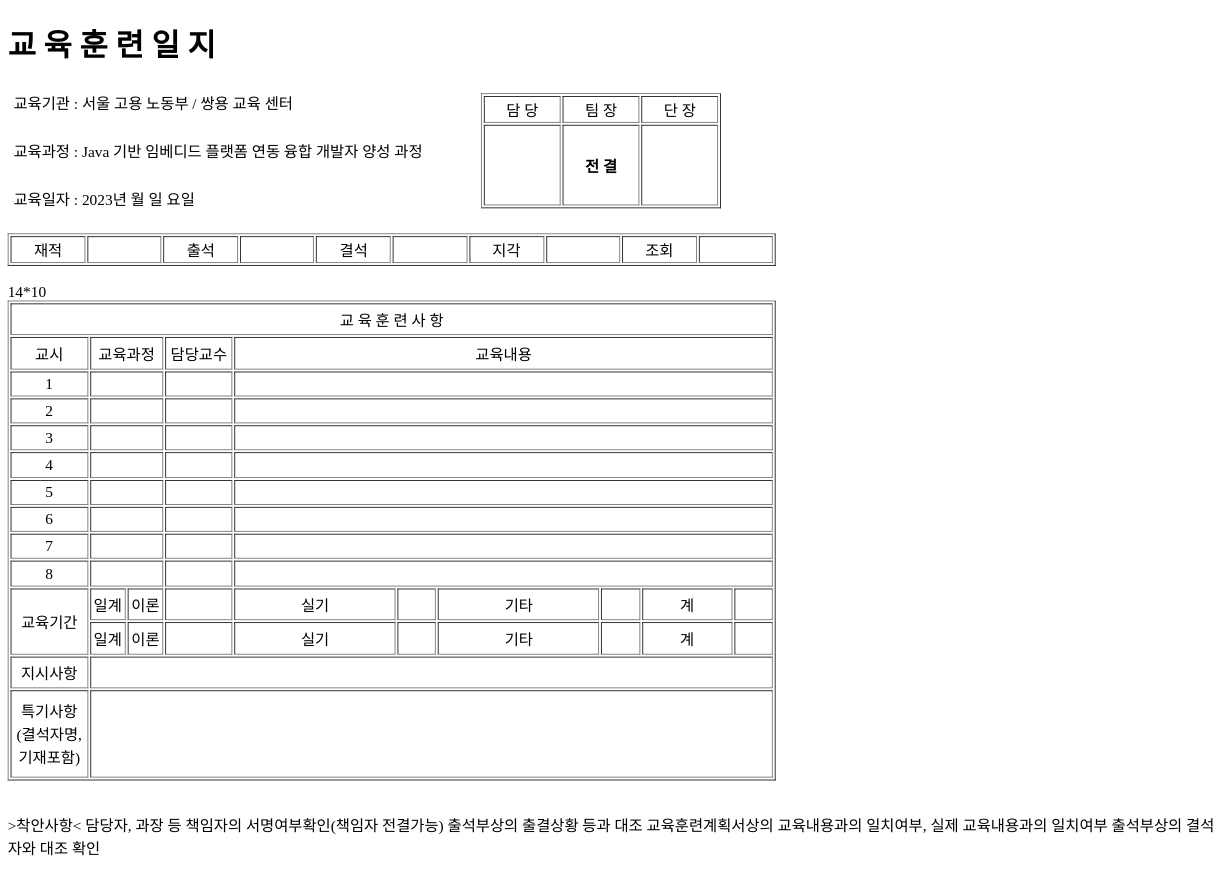
Repository: heoSuKyeong/client_Ssanyong
Page: ClientTest/src/main/webapp/html/q012.html
These files come from the project's save history. The page is drawn as it stood at one moment and after the next save; the edit follows.
The browser window is 1280 px wide. The pictures show the whole page, at 96% of full size.

Above is the page before, as saved 2023-09-21 03:37:06.

### ClientTest/src/main/webapp/html/q012.html
<!DOCTYPE html>
<html>
<head>
<meta charset="UTF-8">
<title>q012</title>
</head>
<body>

	<h1>교 육 훈 련 일 지</h1>

	<table>
		<tr>
			<td>
				<table>
					<tr>
						<td>교육기관 : 서울 고용 노동부 / 쌍용 교육 센터</td>
					</tr>
					<tr>
						<td>&nbsp;</td>
					</tr>
					<tr>
						<td>교육과정 : Java 기반 임베디드 플랫폼 연동 융합 개발자 양성 과정</td>
					</tr>
					<tr>
						<td>&nbsp;</td>
					</tr>
					<tr>
						<td>교육일자 : 2023년       월       일      요일</td>
					</tr>

				</table>
			</td>
			<td width="50">&nbsp;</td>
			<td>
				<table border="1" width="250" >
					<tr>
						<td align="center">담 당</td>
						<td align="center">팀 장</td>
						<td align="center">단 장</td>
					</tr>
					<tr>
						<td height ="80">&nbsp;</td>
						<td align="center"><b>전 결</b></td>
						<td >&nbsp;</td>
					</tr>
				</table>
			</td>
		</tr>
	</table>

	<br>

	<table border="1" width="800">
		<tr>
			<td align="center" width="80">재적</td>
			<td align="center" width="80">&nbsp;</td>
			<td align="center" width="80">출석</td>
			<td align="center" width="80">&nbsp;</td>
			<td align="center" width="80">결석</td>
			<td align="center" width="80">&nbsp;</td>
			<td align="center" width="80">지각</td>
			<td align="center" width="80">&nbsp;</td>
			<td align="center" width="80">조회</td>
			<td align="center" width="80">&nbsp;</td>

		</tr>
	</table>

	<br>
	14*10
	<table border="1" width="800" height ="500">
		<tr>
			<td align="center" colspan="10">교 육 훈 련 사 항</td>
		</tr>
		<tr>
			<td align="center">교시</td>
			<td align="center" colspan="2">교육과정</td>
			<td align="center">담당교수</td>
			<td align="center" colspan="6" width="500">교육내용</td>
		</tr>
		<tr>
			<td align="center">1</td>
			<td align="center" colspan="2">&nbsp;</td>
			<td align="center">&nbsp;</td>
			<td align="center" colspan="6">&nbsp;</td>
		</tr>
		<tr>
			<td align="center">2</td>
			<td align="center" colspan="2">&nbsp;</td>
			<td align="center">&nbsp;</td>
			<td align="center" colspan="6">&nbsp;</td>
		</tr>
		<tr>
			<td align="center">3</td>
			<td align="center" colspan="2">&nbsp;</td>
			<td align="center">&nbsp;</td>
			<td align="center" colspan="6">&nbsp;</td>
		</tr>
		<tr>
			<td align="center">4</td>
			<td align="center" colspan="2">&nbsp;</td>
			<td align="center">&nbsp;</td>
			<td align="center" colspan="6">&nbsp;</td>
		</tr>
		<tr>
			<td align="center">5</td>
			<td align="center" colspan="2">&nbsp;</td>
			<td align="center">&nbsp;</td>
			<td align="center" colspan="6">&nbsp;</td>
		</tr>
		<tr>
			<td align="center">6</td>
			<td align="center" colspan="2">&nbsp;</td>
			<td align="center">&nbsp;</td>
			<td align="center" colspan="6">&nbsp;</td>
		</tr>
		<tr>
			<td align="center">7</td>
			<td align="center" colspan="2">&nbsp;</td>
			<td align="center">&nbsp;</td>
			<td align="center" colspan="6">&nbsp;</td>
		</tr>
		<tr>
			<td align="center">8</td>
			<td align="center" colspan="2">&nbsp;</td>
			<td align="center">&nbsp;</td>
			<td align="center" colspan="6">&nbsp;</td>
		</tr>
		<tr>
			<td align="center" rowspan="2">교육기간</td>
			<td align="center">일계</td>
			<td align="center">이론</td>
			<td align="center">&nbsp;</td>
			<td align="center">실기</td>
			<td align="center">&nbsp;</td>
			<td align="center">기타</td>
			<td align="center">&nbsp;</td>
			<td align="center">계</td>
			<td align="center">&nbsp;</td>
		</tr>
		<tr>
			<td align="center">일계</td>
			<td align="center">이론</td>
			<td align="center">&nbsp;</td>
			<td align="center">실기</td>
			<td align="center">&nbsp;</td>
			<td align="center">기타</td>
			<td align="center">&nbsp;</td>
			<td align="center">계</td>
			<td align="center">&nbsp;</td>
		</tr>
		<tr>
			<td align="center">지시사항</td>
			<td colspan="9">&nbsp;</td>
		</tr>
		<tr>
			<td align="center">특기사항<br>(결석자명,<br>기재포함)</td>
			<td colspan="9">&nbsp;</td>
		</tr>

	</table>

	<br>


	<p>&gt;착안사항&lt;
	담당자, 과장 등 책임자의 서명여부확인(책임자 전결가능)
	출석부상의 출결상황 등과 대조
	교육훈련계획서상의 교육내용과의 일치여부, 실제 교육내용과의 일치여부
	출석부상의 결석자와 대조 확인</p>

</body>
</html>

After the next save:
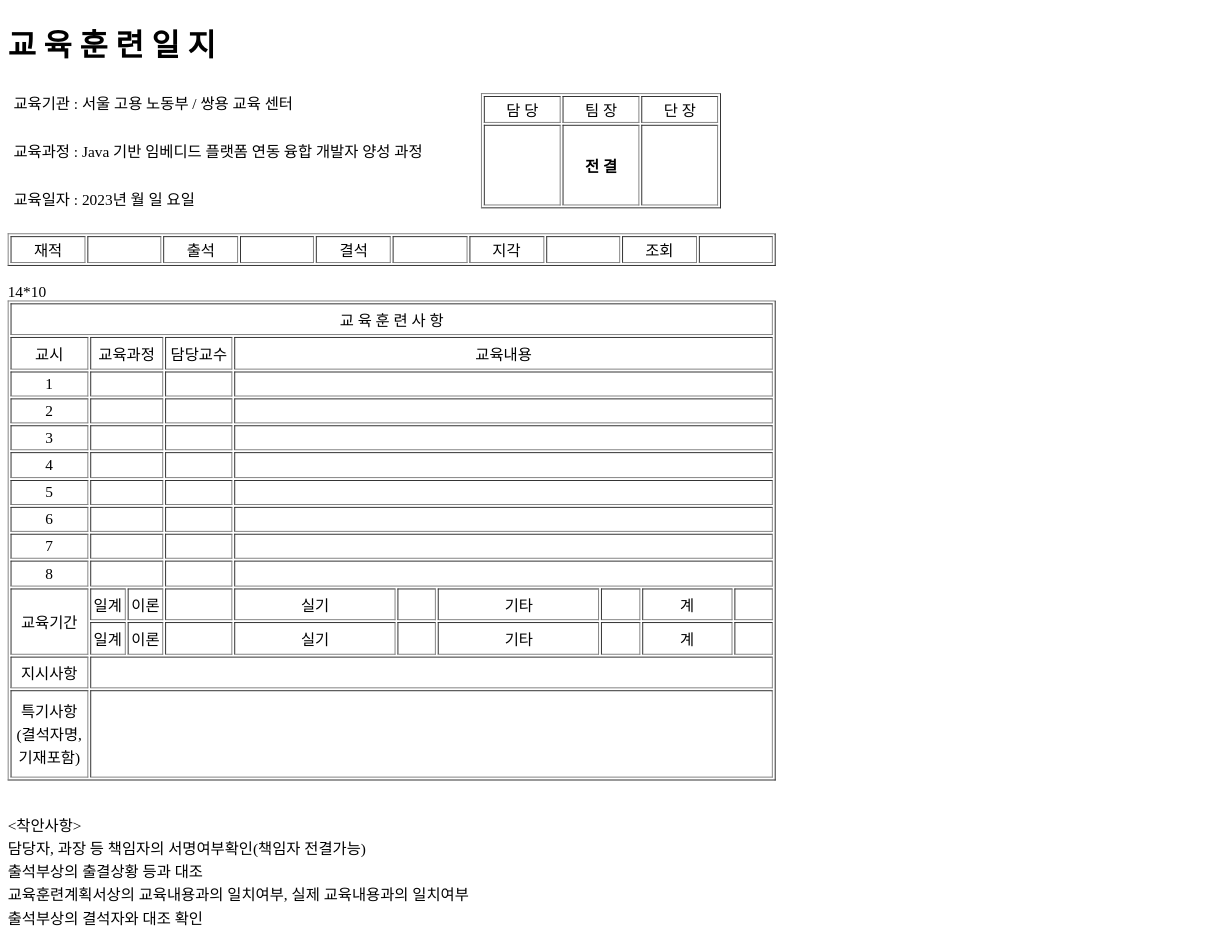
Saved 20 s later.
--- a/ClientTest/src/main/webapp/html/q012.html
+++ b/ClientTest/src/main/webapp/html/q012.html
@@ -163,10 +163,10 @@
 	<br>
 
 
-	<p>&gt;착안사항&lt;
-	담당자, 과장 등 책임자의 서명여부확인(책임자 전결가능)
-	출석부상의 출결상황 등과 대조
-	교육훈련계획서상의 교육내용과의 일치여부, 실제 교육내용과의 일치여부
+	<p>&lt;착안사항&gt;<br>
+	담당자, 과장 등 책임자의 서명여부확인(책임자 전결가능)<br>
+	출석부상의 출결상황 등과 대조<br>
+	교육훈련계획서상의 교육내용과의 일치여부, 실제 교육내용과의 일치여부<br>
 	출석부상의 결석자와 대조 확인</p>
 
 </body>
